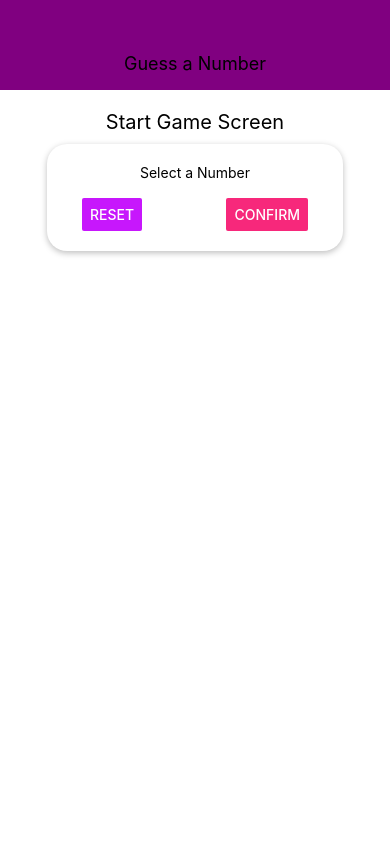
Repository: oguzhan18m/react-native-guess-number-game
Screen: /
An editor plug-in stored every save of this project. The screen is shown before and after the next save, followed by the edit.
The app was drawn by React Native's web renderer in a window 390 px wide. The project was rebuilt for these pictures with package versions that can differ from the ones it lists, and the page was loaded fresh each time.

Above is the screen before, as saved 2021-03-04 00:53:22.

After the next save:
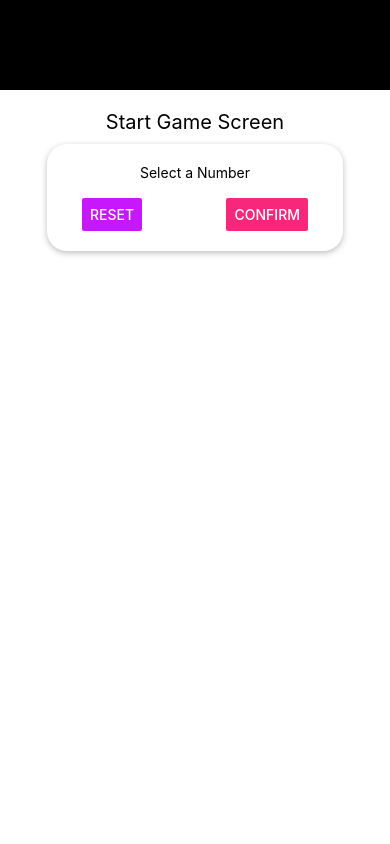
Saved 8 s later.
--- a/components/Header.js
+++ b/components/Header.js
@@ -16,7 +16,7 @@ const styles = StyleSheet.create({
         width:'100%',
         height:90,
         paddingTop:36,
-        backgroundColor:'purple',
+        backgroundColor:'black',
         alignItems:'center',
         justifyContent:'center',
     },
